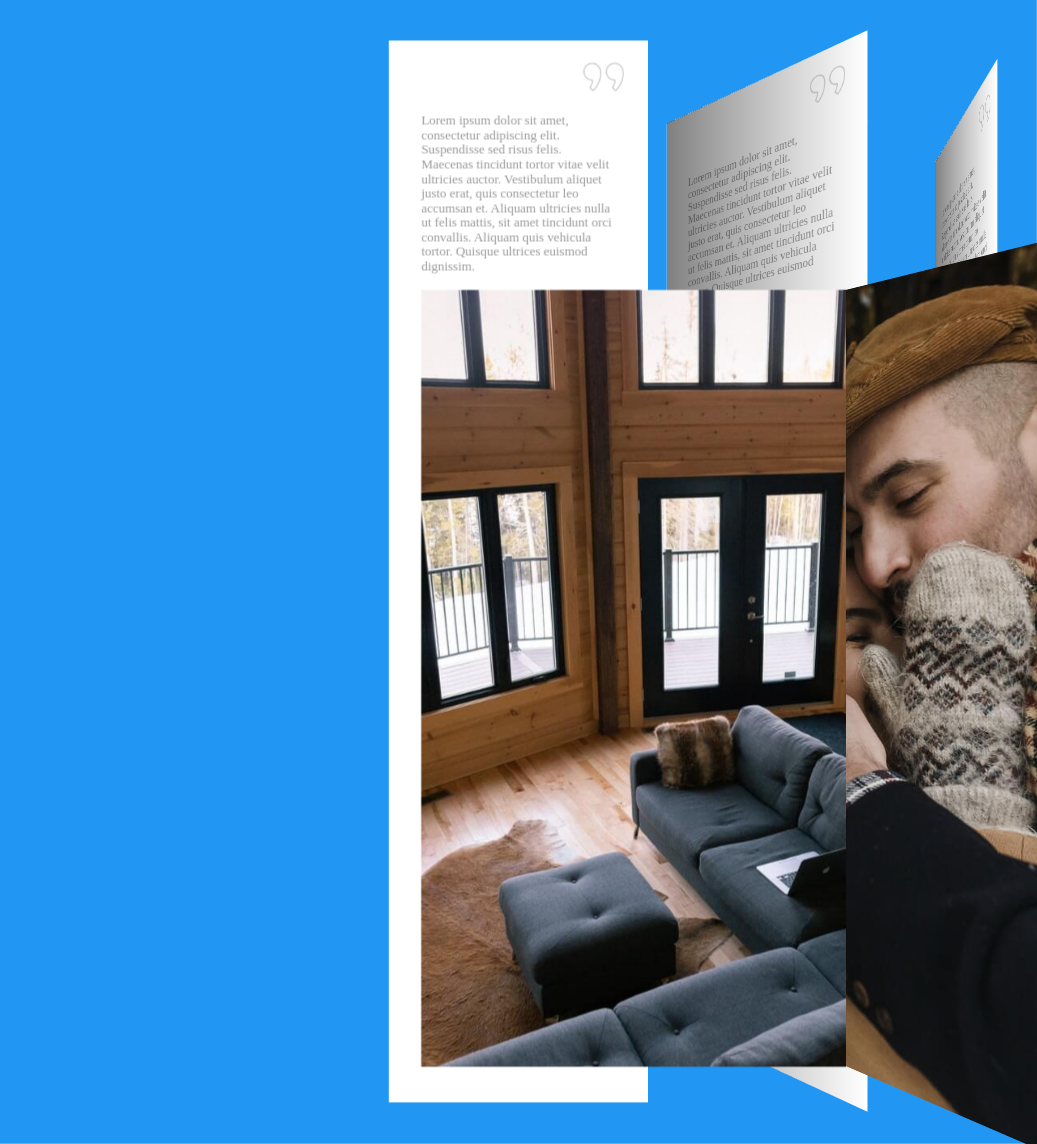
Repository: honghyunAhn/DailyFront
Page: Day210209_Responsive_Client_Testimonial_Section/index.html
These files come from the project's save history. The page is drawn as it stood at one moment and after the next save; the edit follows.
The browser window is 1280 px wide. The pictures show the whole page, at 81% of full size.

Above is the page before, as saved 2021-02-10 22:17:24.

### Day210209_Responsive_Client_Testimonial_Section/index.html
<!DOCTYPE html>
<html lang="en">
<head>
    <meta charset="UTF-8">
    <meta http-equiv="X-UA-Compatible" content="IE=edge">
    <meta name="viewport" content="width=device-width, initial-scale=1.0">
    <title>Responsive Client Testimonial Section</title>
    <link rel="stylesheet" href="https://unpkg.com/swiper/swiper-bundle.min.css" />
    <link rel="stylesheet" href="style.css">
</head>
<body>
    <section>
        <div class="swiper-container">
            <div class="swiper-wrapper">
                <div class="swiper-slide">
                    <div class="testimonialBox">
                        <img src="img/quote.png" height="50px" width="50px" class="quote">
                        <div class="content">
                            <p>Lorem ipsum dolor sit amet, consectetur adipiscing elit.
                                Suspendisse sed risus felis. Maecenas tincidunt tortor
                                vitae velit ultricies auctor. Vestibulum aliquet justo erat,
                                quis consectetur leo accumsan et. Aliquam ultricies nulla ut
                                felis mattis, sit amet tincidunt orci convallis.
                                Aliquam quis vehicula tortor. Quisque ultrices euismod dignissim.</p>
                            <div class="details">
                                <div class="imgBx">
                                    <img src="img/1.jpg" alt="">
                                </div>
                                <h3>Someone Famous<br><span>Creative Designer</span></h3>
                            </div>
                        </div>
                    </div>
                </div>
                <div class="swiper-slide">
                    <div class="testimonialBox">
                        <img src="img/quote.png" height="50px" width="50px" class="quote">
                        <div class="content">
                            <p>Lorem ipsum dolor sit amet, consectetur adipiscing elit.
                                Suspendisse sed risus felis. Maecenas tincidunt tortor
                                vitae velit ultricies auctor. Vestibulum aliquet justo erat,
                                quis consectetur leo accumsan et. Aliquam ultricies nulla ut
                                felis mattis, sit amet tincidunt orci convallis.
                                Aliquam quis vehicula tortor. Quisque ultrices euismod dignissim.</p>
                            <div class="details">
                                <div class="imgBx">
                                    <img src="img/2.jpg" alt="">
                                </div>
                                <h3>Someone Famous<br><span>Creative Designer</span></h3>
                            </div>
                        </div>
                    </div>
                </div>
                <div class="swiper-slide">
                    <div class="testimonialBox">
                        <img src="img/quote.png" height="50px" width="50px" class="quote">
                        <div class="content">
                            <p>Lorem ipsum dolor sit amet, consectetur adipiscing elit.
                                Suspendisse sed risus felis. Maecenas tincidunt tortor
                                vitae velit ultricies auctor. Vestibulum aliquet justo erat,
                                quis consectetur leo accumsan et. Aliquam ultricies nulla ut
                                felis mattis, sit amet tincidunt orci convallis.
                                Aliquam quis vehicula tortor. Quisque ultrices euismod dignissim.</p>
                            <div class="details">
                                <div class="imgBx">
                                    <img src="img/3.jpg" alt="">
                                </div>
                                <h3>Someone Famous<br><span>Creative Designer</span></h3>
                            </div>
                        </div>
                    </div>
                </div>
            </div>
        </div>
    </section>
    <script src="https://unpkg.com/swiper/swiper-bundle.min.js"></script>
    <script>
        var swiper = new Swiper('.swiper-container', {
            effect: 'coverflow',
            grabCursor: true,
            centeredSlides: true,
            slidesPerView: 'auto',
            coverflowEffect: {
                rotate: 50,
                stretch: 0,
                depth: 100,
                modifier: 1,
                slideShadows: true,
            },
            pagination: {
                el: '.swiper-pagination',
            },
        });
    </script>
</body>
</html>

### Day210209_Responsive_Client_Testimonial_Section/style.css
@import url("https://fonts.googleapis.com/css?family=Poppins:200,300,400,500,600,700,800,900&display=swap");
* {
  margin: 0;
  padding: 0;
  box-sizing: border-box;
  font-family: "Poppins" sans-serif;
}
section {
  position: relative;
  width: 100%;
  min-height: 100vh;
  display: flex;
  justify-content: center;
  align-items: center;
  background: #2196f3;
  overflow: hidden;
}
.swiper-container {
  width: 100%;
  padding-top: 50px;
  padding-bottom: 50px;
}
.swiper-slide {
  background-position: center;
  background-size: cover;
  width: 320px;
  background: #fff;
}
.testimonialBox {
  position: relative;
  width: 100%;
  padding: 40px;
  padding-top: 90px;
  color: #999;
}
.testimonialBox .quote {
  position: absolute;
  top: 20px;
  right: 30px;
  opacity: 0.2;
}
.testimonialBox .details {
  display: flex;
  align-items: center;
  margin-top: 20px;
}

After the next save:
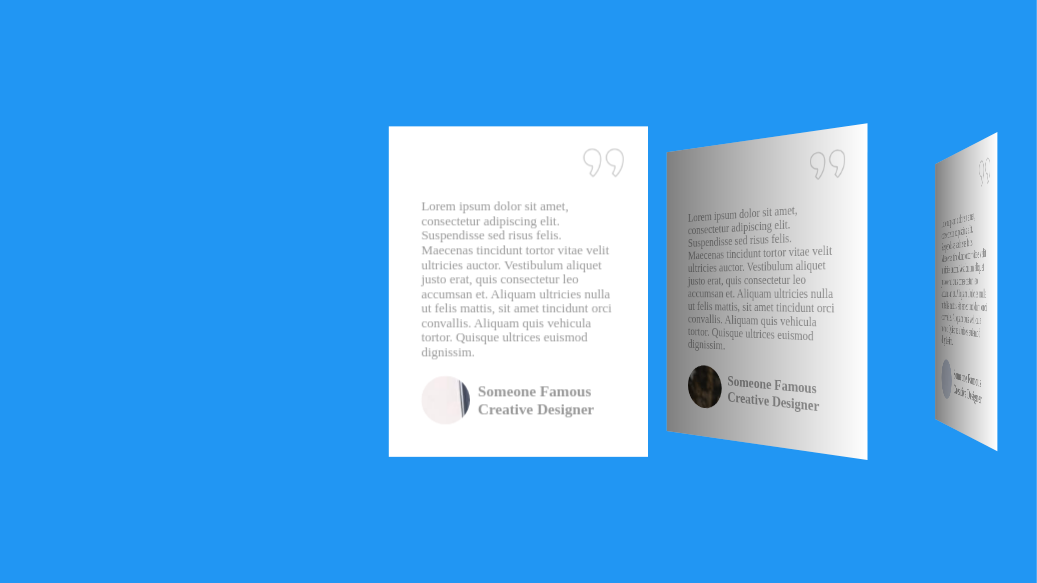
Saved 107 s later.
--- a/Day210209_Responsive_Client_Testimonial_Section/style.css
+++ b/Day210209_Responsive_Client_Testimonial_Section/style.css
@@ -44,3 +44,13 @@ section {
   align-items: center;
   margin-top: 20px;
 }
+.testimonialBox .details .imgBx {
+  position: relative;
+  width: 60px;
+  height: 60px;
+  border-radius: 50%;
+  overflow: hidden;
+  margin-right: 10px;
+}
+.testimonialBox .details .imgBx img {
+}
